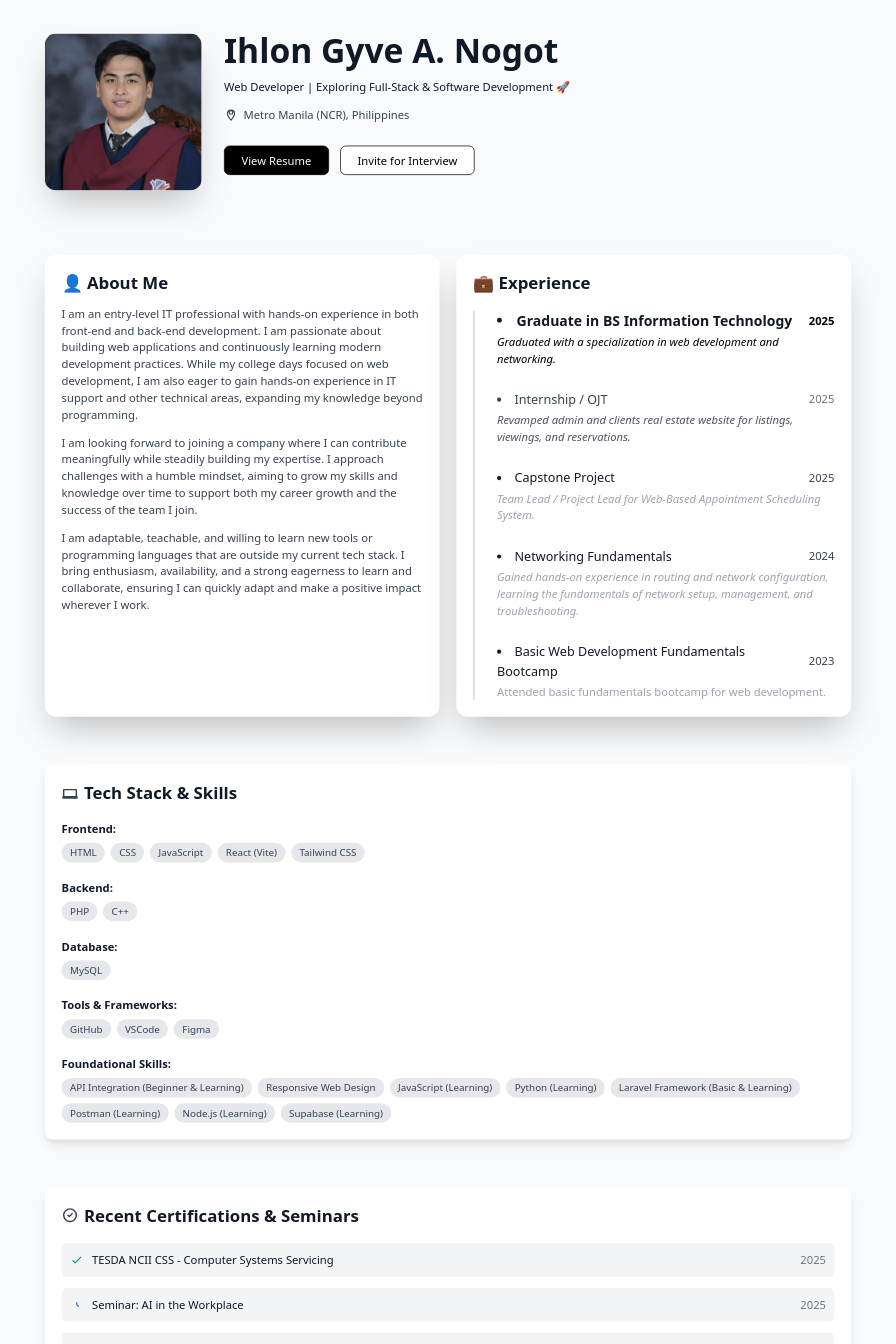
Repository: MeekSharkdev/cv-portfolio
Page: index.html
An editor plug-in stored every save of this project. The page is shown before and after a run of saves, followed by the edit.
The browser window is 1280 px wide. The pictures show the part of the page from y = 0 to 1920 px (the page is 2740 px tall), at 70% of full size.
A picture or video elsewhere on the page could not be fetched, so the positions and the page height are approximate.

Above is the page before, as saved 2026-01-31 20:53:05.
Not found: styles.css

After the next 2 saves:
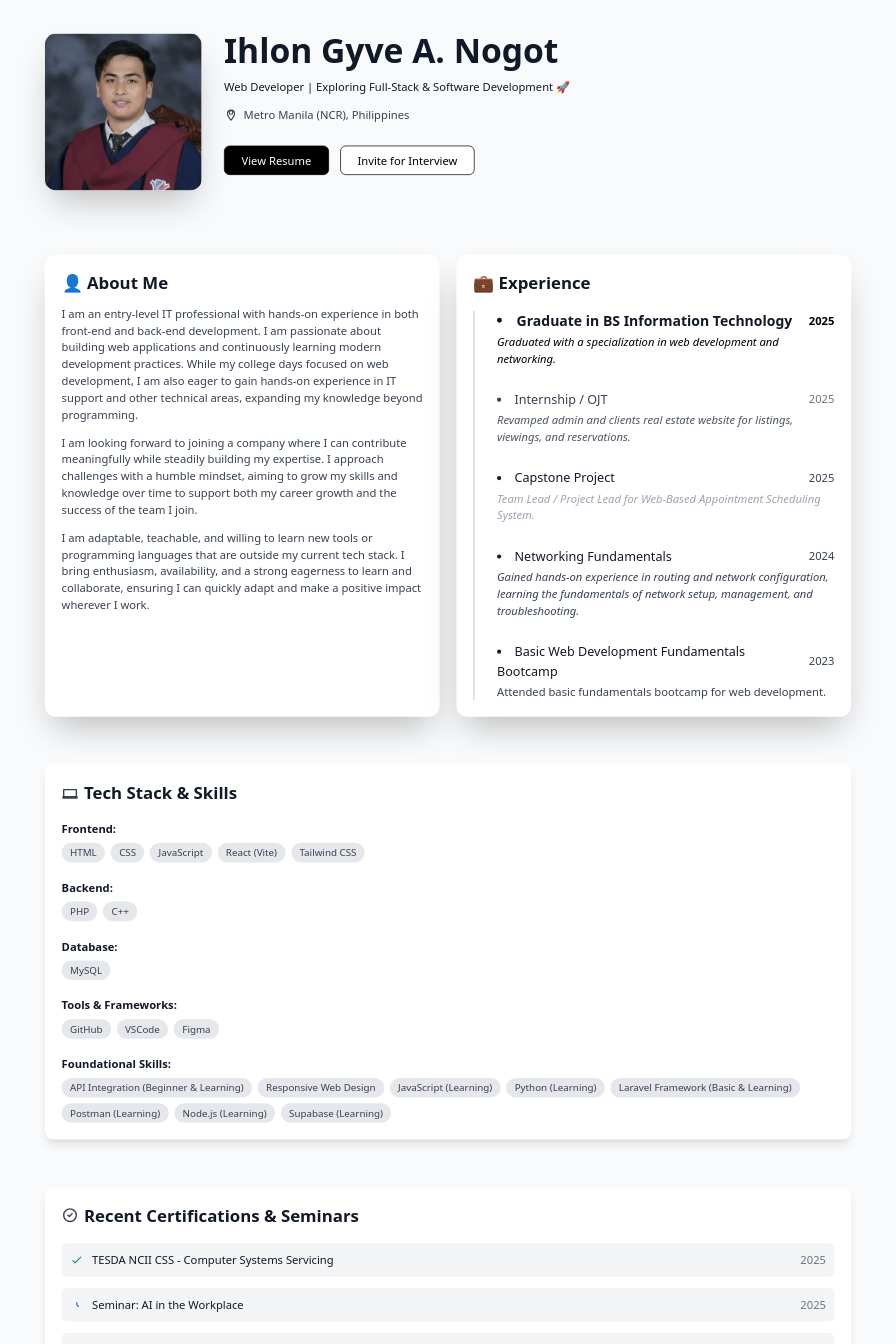
The 2 saves are shown as one change because they came seconds apart.
The last was saved 9 s later.
--- a/index.html
+++ b/index.html
@@ -142,7 +142,7 @@
                         </h3>
                         <span class="text-gray-700">2024</span>
                     </div>
-                    <p class="text-gray-400 mt-1"><i>Gained hands-on experience in routing and network configuration, learning the
+                    <p class="text-gray-700 mt-1"><i>Gained hands-on experience in routing and network configuration, learning the
                             fundamentals of network setup, management, and troubleshooting.</i></p>
                 </div>
 
@@ -152,7 +152,7 @@
                         <h3 class="text-lg"><li>Basic Web Development Fundamentals Bootcamp</li></h3>
                         <span class="text-gray-700">2023</span>
                     </div>
-                    <p class="text-gray-400 mt-1"><i></i>Attended basic fundamentals bootcamp for web development.</i></p>
+                    <p class="text-gray-700 mt-1"><i></i>Attended basic fundamentals bootcamp for web development.</i></p>
                 </div>
 
             </div>
